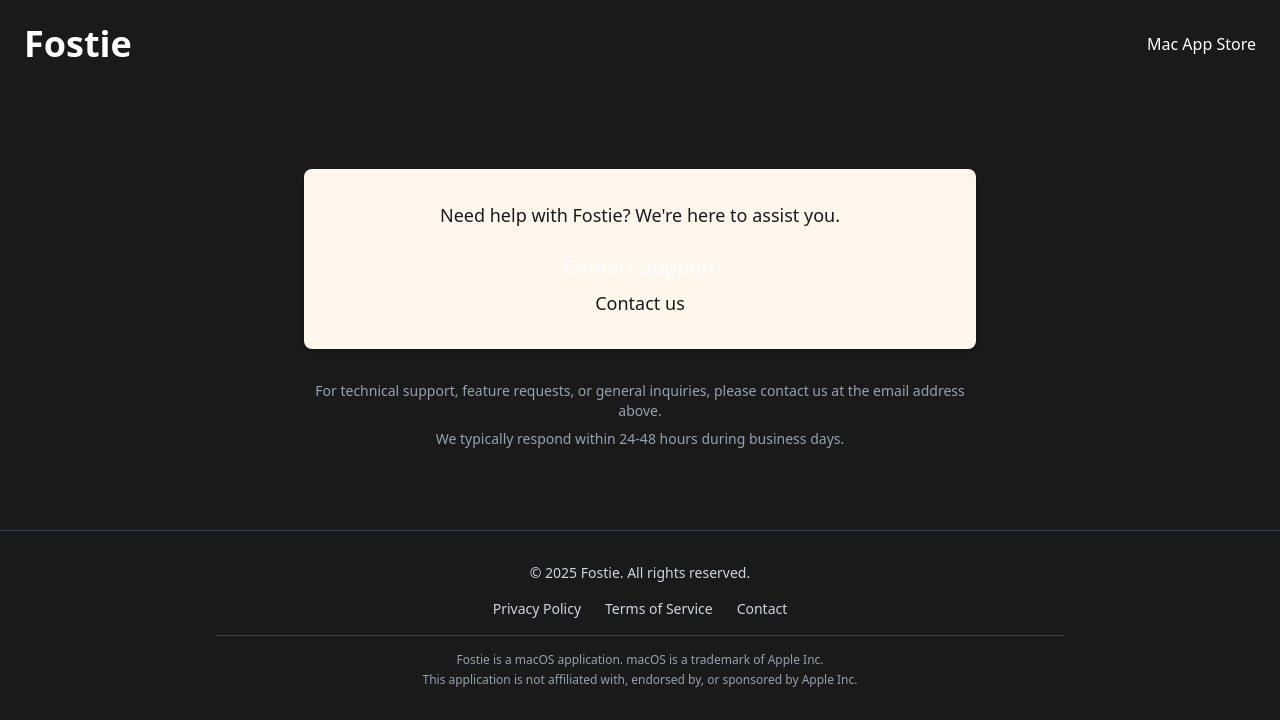
Repository: atimael/fostie-web
Page: /
An editor plug-in stored every save of this project. The page is shown before and after the next save, followed by the edit.
The browser window is 1280 px wide. The pictures show the whole page.
The project was rebuilt for these pictures with package versions that can differ from the ones it lists, and the page was loaded fresh each time. The framework's server and built-in components were replaced by stand-ins that run in the browser. Also part of the build but not shown: next.config.js.

Above is the page before, as saved 2025-05-27 20:08:42.

### app/layout.tsx
import type { Metadata } from "next";
import type { ReactNode } from "react";
import "./globals.css";

export const metadata: Metadata = {
  title: "Fostie - macOS App",
  description: "Official website for Fostie macOS application",
  keywords: "Fostie, macOS, app, application",
  authors: [{ name: "Fostie Team" }],
};

export const viewport = {
  width: "device-width",
  initialScale: 1,
};

export default function RootLayout({ children }: { children: ReactNode }) {
  return (
    <html lang="en" className="dark">
      <body className="antialiased">{children}</body>
    </html>
  );
}

### app/page.tsx
import Footer from "@/components/footer";
import Header from "@/components/header";
import Main from "@/components/main";

export default function Home() {
  return (
    <main className="min-h-screen bg-custom-dark flex flex-col">
      <Header />

      <Main />

      <Footer />
    </main>
  );
}

### app/globals.css
@import "tailwindcss";

@custom-variant dark (&:where(.dark, .dark *));

@theme {
  /* Enable dark mode based on system preference */
  --default-color-scheme: light dark;

  /* Custom dark background color */
  --color-custom-dark: #1a1a1a;

  /* Custom font family */
  --font-family-sans: ui-sans-serif, system-ui, sans-serif, "Apple Color Emoji",
    "Segoe UI Emoji", "Segoe UI Symbol", "Noto Color Emoji";
}

### components/footer.tsx
export default function Footer() {
  const currentYear = new Date().getFullYear();

  return (
    <footer className=" dark:bg-custom-dark border-t border-[#333333] dark:border-gray-700">
      <div className="max-w-4xl mx-auto px-6 py-8">
        <div className="text-center space-y-4">
          <div className="text-sm text-gray-600 dark:text-gray-300">
            <p>&copy; {currentYear} Fostie. All rights reserved.</p>
          </div>

          <div className="flex flex-wrap justify-center gap-6 text-sm">
            <a
              href="/privacy"
              className="text-gray-600 dark:text-gray-300 hover:text-gray-900 dark:hover:text-white transition-colors"
            >
              Privacy Policy
            </a>
            <a
              href="/terms"
              className="text-gray-600 dark:text-gray-300 hover:text-gray-900 dark:hover:text-white transition-colors"
            >
              Terms of Service
            </a>
            <a
              href="mailto:test@gmail.com"
              className="text-gray-600 dark:text-gray-300 hover:text-gray-900 dark:hover:text-white transition-colors"
            >
              Contact
            </a>
          </div>

          <div className="text-xs text-gray-500 dark:text-gray-400 pt-4 border-t border-gray-100 dark:border-gray-700">
            <p>
              Fostie is a macOS application. macOS is a trademark of Apple Inc.
            </p>
            <p className="mt-1">
              This application is not affiliated with, endorsed by, or sponsored
              by Apple Inc.
            </p>
          </div>
        </div>
      </div>
    </footer>
  );
}

### components/header.tsx
export default function Header() {
  return (
    <header className="justify-between flex items-center dark:text-white py-6 px-6">
      <div>
        {/* <Image src="/logo.png" alt="Fostie" width={100} height={100} /> */}
        <h1 className="text-4xl font-bold text-center">Fostie</h1>
      </div>

      <div className="flex items-center gap-4">
        <div>Mac App Store</div>
      </div>
    </header>
  );
}

### components/main.tsx
export default function Main() {
  return (
    <div className="flex-1 flex items-center justify-center px-6 py-12">
      <div className="max-w-2xl mx-auto text-center">
        <div className=" bg-orange-50 rounded-lg shadow-md p-8 mb-8">
          <p className="text-lg text-[#1a1a1a] mb-6">
            Need help with Fostie? We're here to assist you.
          </p>

          <div className="space-y-4">
            <div>
              <h3 className="text-xl font-medium text-gray-900 dark:text-white mb-2">
                Contact Support
              </h3>
              <div className="group">
                <a
                  href="mailto:hello@fostie.com"
                  className="text-[#1a1a1a] text-lg font-medium transition-colors hover group-hover:text-pink-400"
                >
                  Contact us
                </a>
                <span className="w-full h-[1px] bg-pink-400"></span>
              </div>
            </div>
          </div>
        </div>

        <div className="text-sm text-gray-500 dark:text-gray-400 space-y-2">
          <p>
            For technical support, feature requests, or general inquiries,
            please contact us at the email address above.
          </p>
          <p>We typically respond within 24-48 hours during business days.</p>
        </div>
      </div>
    </div>
  );
}

After the next save:
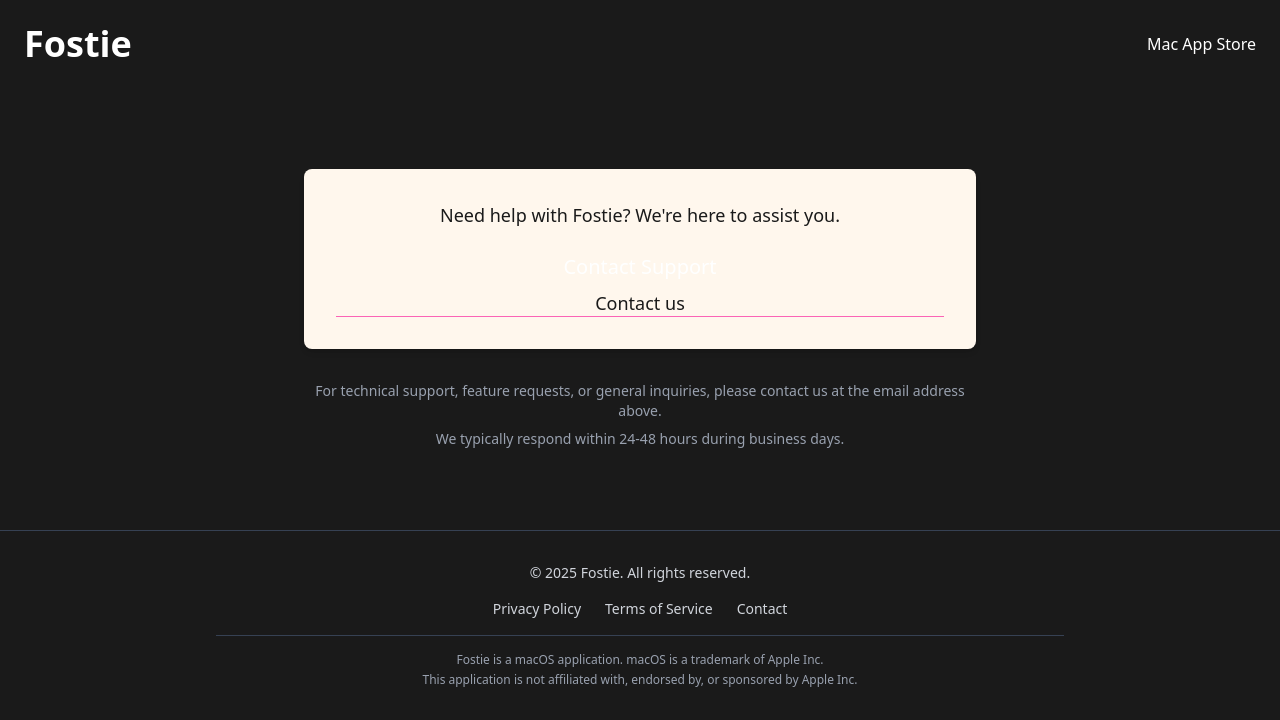
Saved 39 s later.
--- a/components/main.tsx
+++ b/components/main.tsx
@@ -12,14 +12,14 @@
               <h3 className="text-xl font-medium text-gray-900 dark:text-white mb-2">
                 Contact Support
               </h3>
-              <div className="group">
+              <div className="group relative">
                 <a
                   href="mailto:hello@fostie.com"
                   className="text-[#1a1a1a] text-lg font-medium transition-colors hover group-hover:text-pink-400"
                 >
                   Contact us
                 </a>
-                <span className="w-full h-[1px] bg-pink-400"></span>
+                <span className="w-full h-[1px] bg-pink-400 absolute bottom-0 left-0 group-hover:-bottom-1.5"></span>
               </div>
             </div>
           </div>
